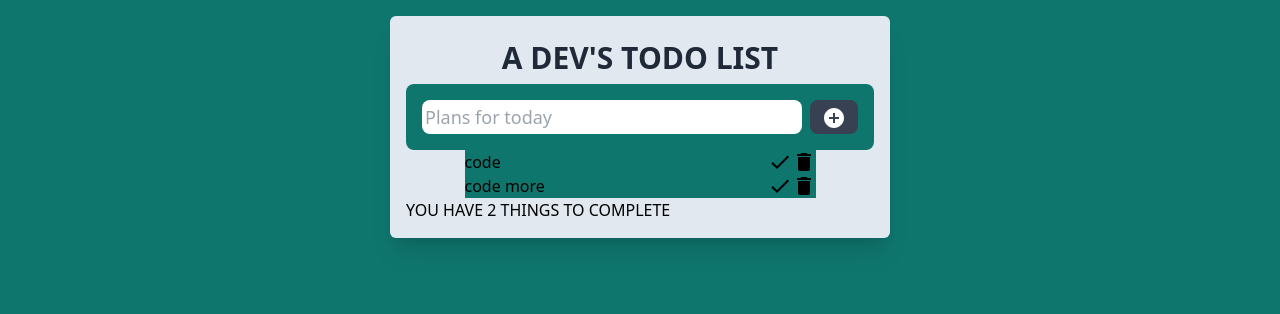
Repository: DevAntonioRogers/React-Todo-CRUD-App
Page: /
The author's editor kept a copy of each file at every save. The page is drawn from the files as they stood at one save, then again after a run of saves.
The browser window is 1280 px wide. The pictures show the whole page.
The project was rebuilt for these pictures with package versions that can differ from the ones it lists, and the page was loaded fresh each time. Also part of the build but not shown: vite.config.ts.

Above is the page before, as saved 2023-05-14 19:51:42.

After the next 2 saves:
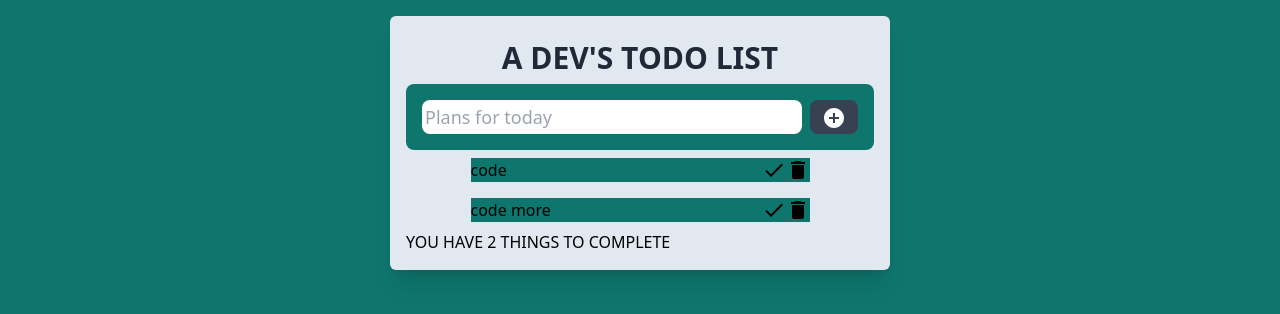
The 2 saves are shown as one change because they came seconds apart.
The last was saved 73 s later.
--- a/src/components/Todo.tsx
+++ b/src/components/Todo.tsx
@@ -7,7 +7,7 @@ interface TodoProps {
 
 const Todo = ({ todos }: TodoProps) => {
   return (
-    <li>
+    <li className="p-2 ">
       <div className="flex items-center justify-between w-3/4 m-auto bg-teal-700">
         <p>{todos}</p>
         <div className="flex">
